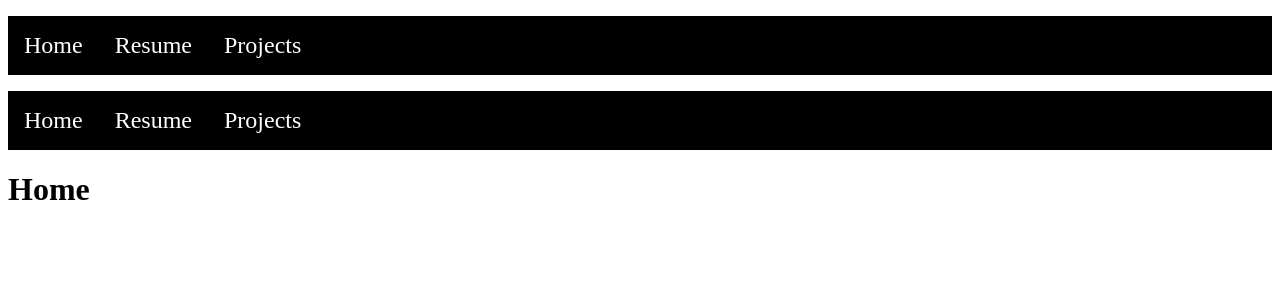
Repository: Dez2020/Dez2020.github.io
Page: index.html
The author's editor kept a record of every edit. The page is drawn from the files as they stood at one moment, then again after the next edit.
The browser window is 1280 px wide. The pictures show the whole page.

Above is the page before.

### index.html
<!DOCTYPE html>
<html>
    <head>
    <title>Home</title>
    <style>


   .navbar{
    list-style: none;
    background-color: black;
    overflow: hidden;
    padding:0;
    }

    .navbar a, .dropdown div{
        text-decoration:none;
        color: white;
        font-size:24px;
        padding:16px;
        display:inline-block;
    }

    .navbar li{
        float: left;
     }

     .navbar li:hover{
        background-color: blue;
     }

     .dropdown-content{
        list-style:none;
        padding:0;
        display:none;
        position:absolute;
        z-index: 1;
        background-color: green;
     }

     .dropdown-content li{
         float:none;
     }

      .dropdown:hover .dropdown-content{
         display: block;
      }

    </style>
</head>
    <body>
        <ul class = "navbar">
            <li><a href="./">Home</a><li>
            <li><a href="resume.html">Resume</a><li>
            <li class= "dropdown">
               <div>Projects</div>
               <ul class = "dropdown-content">

                  <li><a href="#">project 1</a><li>
                  <li><a href="#">project 2</a><li>
                  <li><a href="#">project 3</a></li>


               </ul>



            </li>


        </ul>
    </body>
</html><!DOCTYPE html>
<html>
    <head>
    <title>Home</title>
    <style>


   .navbar{
    list-style: none;
    background-color: black;
    overflow: hidden;
    padding:0;
    }

    .navbar a, .dropdown div{
        text-decoration:none;
        color: white;
        font-size:24px;
        padding:16px;
        display:inline-block;
    }

    .navbar li{
        float: left;
     }

     .navbar li:hover{
        background-color: blue;
     }

     .dropdown-content{
        list-style:none;
        padding:0;
        display:none;
        position:absolute;
        z-index: 1;
        background-color: green;
     }

     .dropdown-content li{
         float:none;
     }

      .dropdown:hover .dropdown-content{
         display: block;
      }

    </style>
</head>
    <body>
        <ul class = "navbar">
            <li><a href="./">Home</a><li>
            <li><a href="resume.html">Resume</a><li>
            <li class= "dropdown">
               <div>Projects</div>
               <ul class = "dropdown-content">

                  <li><a href="#">project 1</a><li>
                  <li><a href="#">project 2</a><li>
                  <li><a href="#">project 3</a></li>


               </ul>



            </li>


        </ul>

        <h1>Home</h1>


    </body>
</html>

After the next edit:
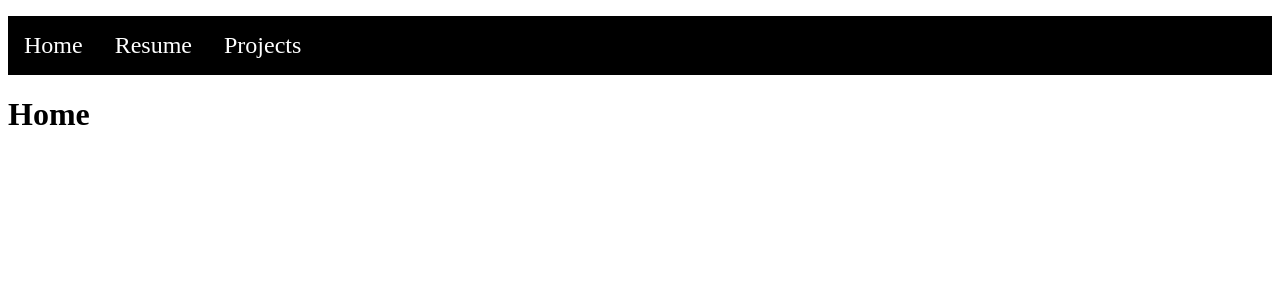
The edit:
--- a/index.html
+++ b/index.html
@@ -1,75 +1,4 @@
 <!DOCTYPE html>
-<html>
-    <head>
-    <title>Home</title>
-    <style>
-
-
-   .navbar{
-    list-style: none;
-    background-color: black;
-    overflow: hidden;
-    padding:0;
-    }
-
-    .navbar a, .dropdown div{
-        text-decoration:none;
-        color: white;
-        font-size:24px;
-        padding:16px;
-        display:inline-block;
-    }
-
-    .navbar li{
-        float: left;
-     }
-
-     .navbar li:hover{
-        background-color: blue;
-     }
-
-     .dropdown-content{
-        list-style:none;
-        padding:0;
-        display:none;
-        position:absolute;
-        z-index: 1;
-        background-color: green;
-     }
-
-     .dropdown-content li{
-         float:none;
-     }
-
-      .dropdown:hover .dropdown-content{
-         display: block;
-      }
-
-    </style>
-</head>
-    <body>
-        <ul class = "navbar">
-            <li><a href="./">Home</a><li>
-            <li><a href="resume.html">Resume</a><li>
-            <li class= "dropdown">
-               <div>Projects</div>
-               <ul class = "dropdown-content">
-
-                  <li><a href="#">project 1</a><li>
-                  <li><a href="#">project 2</a><li>
-                  <li><a href="#">project 3</a></li>
-
-
-               </ul>
-
-
-
-            </li>
-
-
-        </ul>
-    </body>
-</html><!DOCTYPE html>
 <html>
     <head>
     <title>Home</title>
